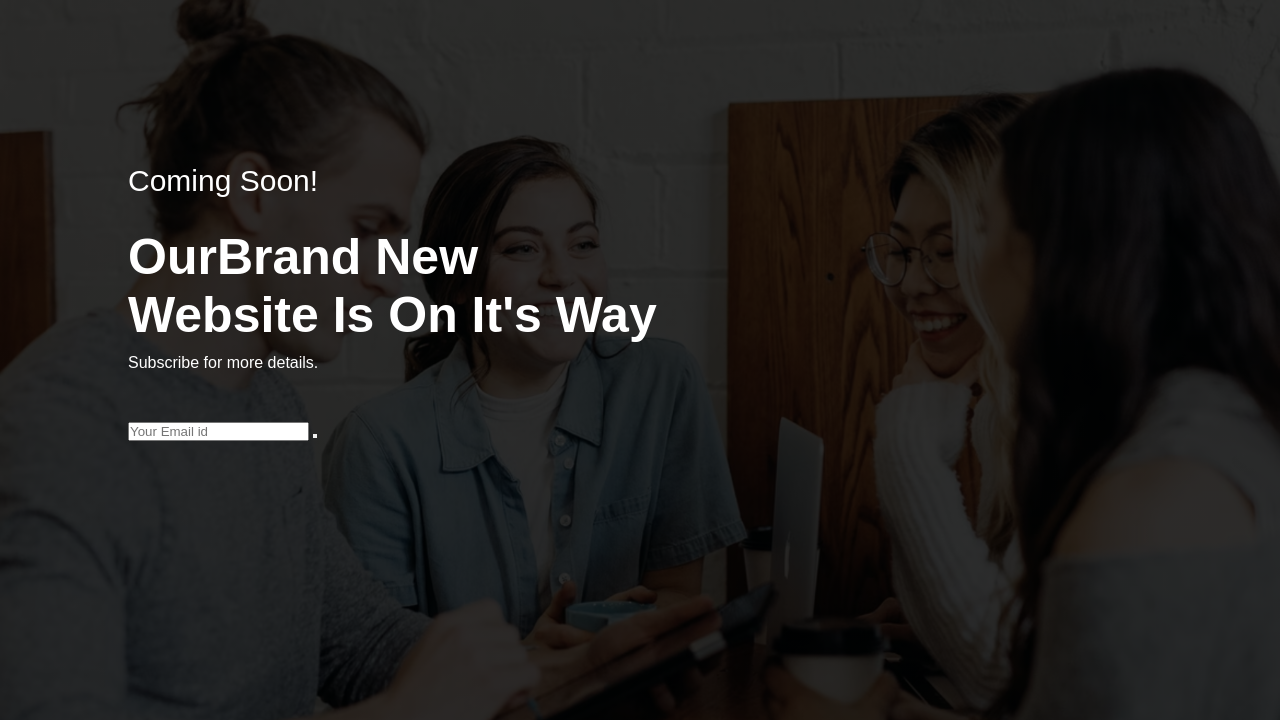
Repository: AbdullahOwais-Dev/Email-Subscription
Page: index.html
The author's editor kept a copy of each file at every save. The page is drawn from the files as they stood at one save, then again after a run of saves.
The browser window is 1280 px wide. The pictures show the whole page.

Above is the page before, as saved 2025-02-07 23:37:59.

After the next 3 saves:
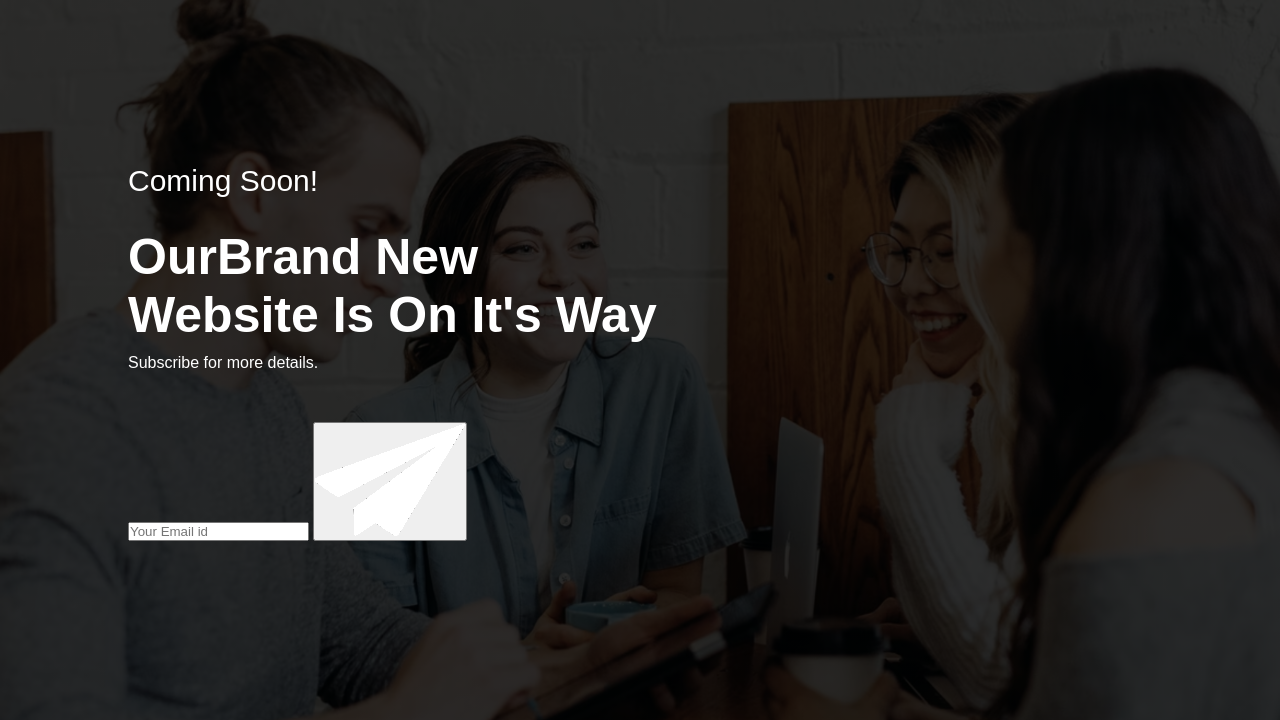
The 3 saves are shown as one change because they came seconds apart.
The last was saved 9 s later.
--- a/index.html
+++ b/index.html
@@ -15,7 +15,7 @@
         <p>Subscribe for more details.</p>
         <form>
             <input type="email" name="email" placeholder="Your Email id" required>
-            <button type="submit"></button>
+            <button type="submit"><img src="images/send-icon.png" alt=""></button>
         </form>
     </div>
 
